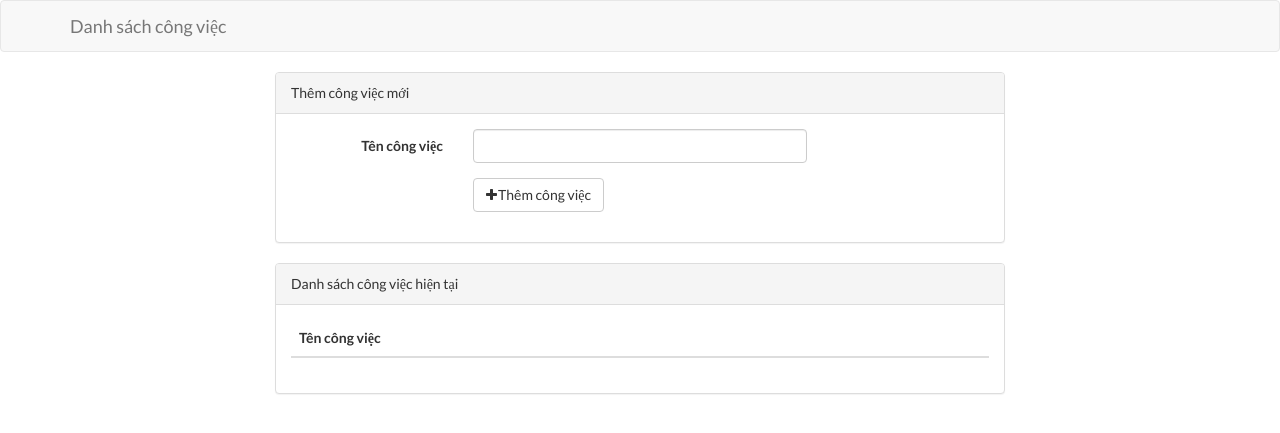
Repository: pvdrh/Laravel_Todo
Page: http://localhost/frontend/task
These files come from the project's save history. The page is drawn as it stood at one moment and after the next save; the edit follows.
The browser window is 1280 px wide. The pictures show the whole page.
Some web libraries are served in a nearby version. The page is served by the project's Laravel application, run on PHP 8.4 with Laravel 8. Queries for data that is not in the repository find no rows.

Above is the page before, as saved 2020-10-17 23:34:29.

After the next save:
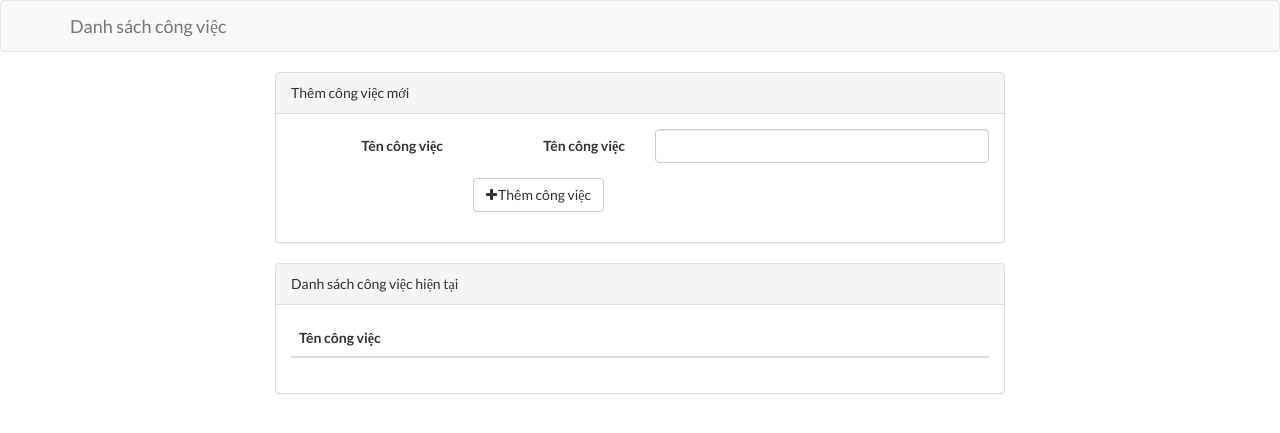
Saved 12 min 30 s later.
--- a/resources/views/tasks/list.blade.php
+++ b/resources/views/tasks/list.blade.php
@@ -67,6 +67,7 @@
 
                 <!-- Task Name -->
                     <div class="form-group">
+                        <label for="task-name" class="col-sm-3 control-label">Tên công việc</label>
                         <label for="task-name" class="col-sm-3 control-label">Tên công việc</label>
 
                         <div class="col-sm-6">
